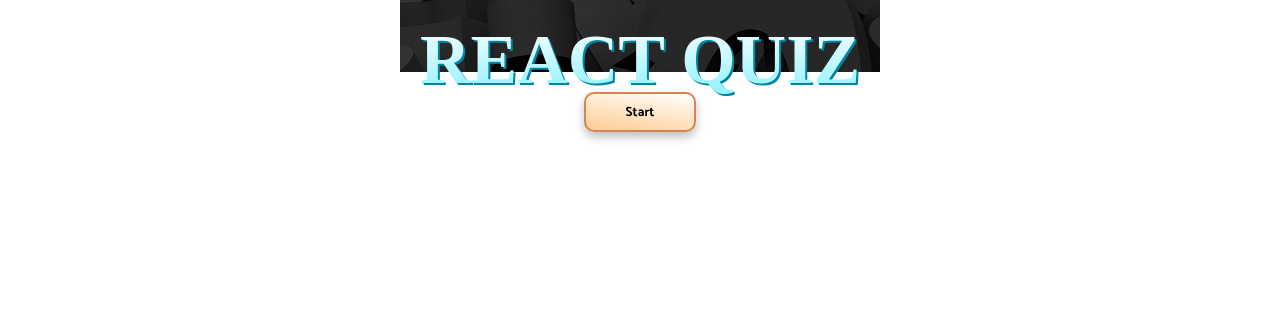
Repository: KrzysKolo/quizAPP
Page: /
These files come from the project's save history. The page is drawn as it stood at one moment and after the next save; the edit follows.
The browser window is 1280 px wide. The pictures show the whole page.
The project was rebuilt for these pictures with package versions that can differ from the ones it lists, and the page was loaded fresh each time. Also part of the build but not shown: src/components/QuestionCard.style.ts, src/components/QuestionCard.tsx.

Above is the page before, as saved 2021-04-25 00:19:24.

After the next save:
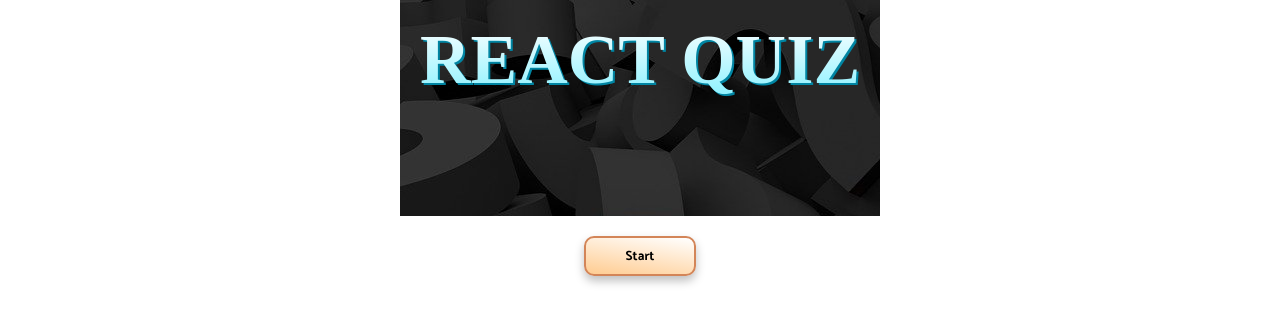
Saved 15 s later.
--- a/src/App.style.ts
+++ b/src/App.style.ts
@@ -28,7 +28,7 @@ export const Wrapper = styled.div`
   align-items: center;
   .header {
     background-image: url(${BGImage});
-    height:10vh;
+    height: 30vh;
   }
   > p {
     color: #fff;
